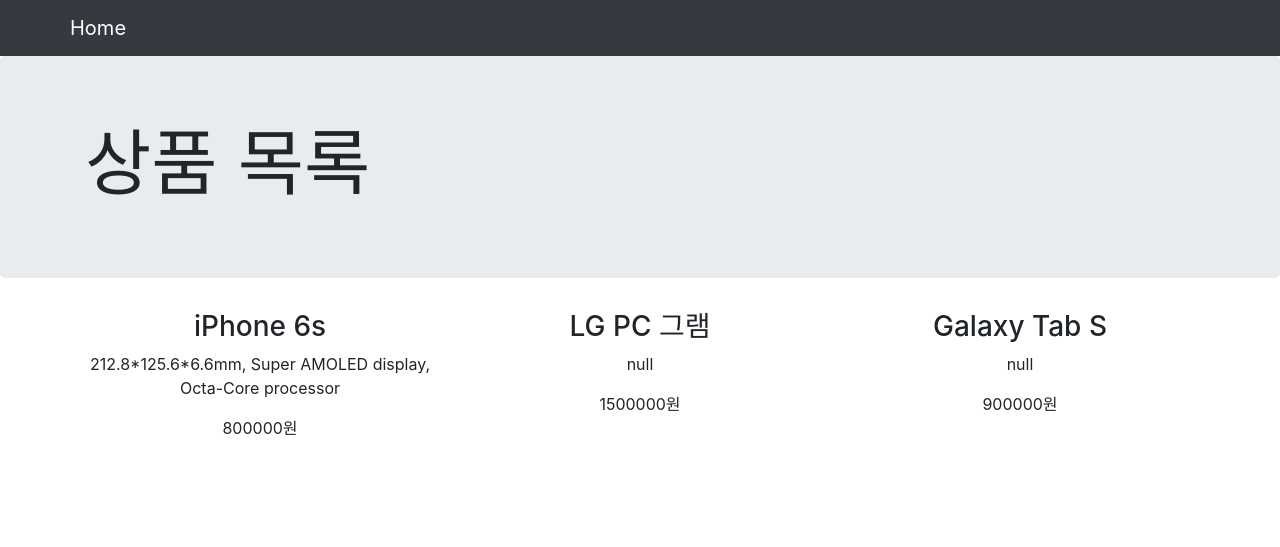
Repository: suinautant/learnCode
Page: http://localhost/WebMarket/products.jsp
The author's editor kept a copy of each file at every save. The page is drawn from the files as they stood at one save, then again after the next save.
The browser window is 1280 px wide. The pictures show the whole page.
The page is served by Tomcat 9. Nobody is signed in. The application's start-up code is not run.

Above is the page before, as saved 2021-06-30 07:17:50.

After the next save:
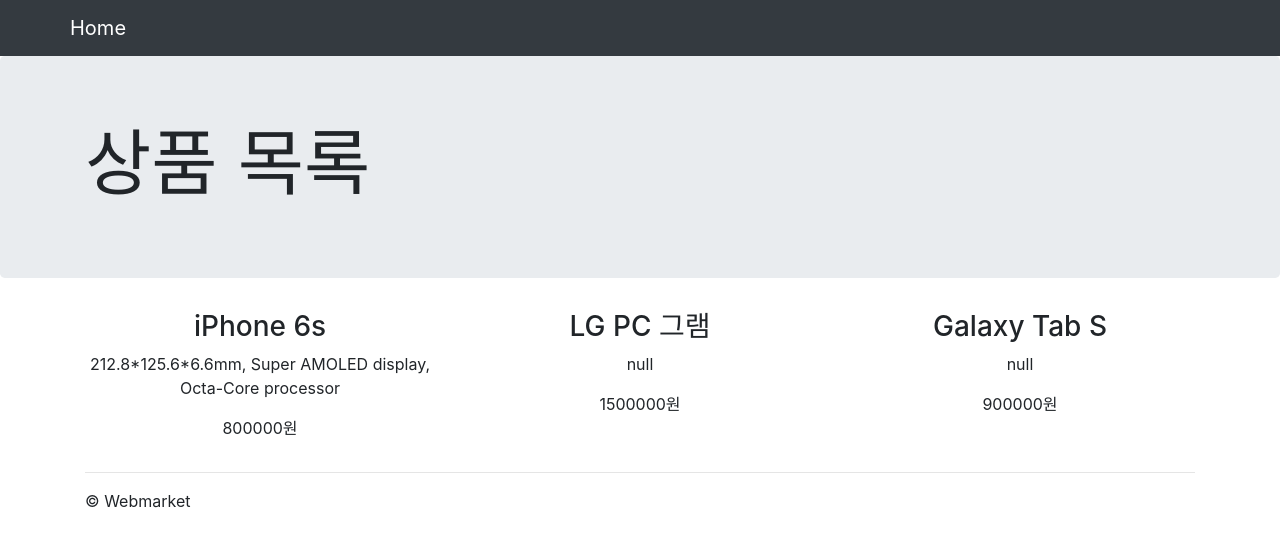
Saved 18 s later.
--- a/jsp/WebMarket/WebContent/products.jsp
+++ b/jsp/WebMarket/WebContent/products.jsp
@@ -41,6 +41,8 @@
 				}
 			%>
 		</div>
+		<hr>
 	</div>
+	<jsp:include page="footer.jsp"></jsp:include>
 </body>
 </html>
